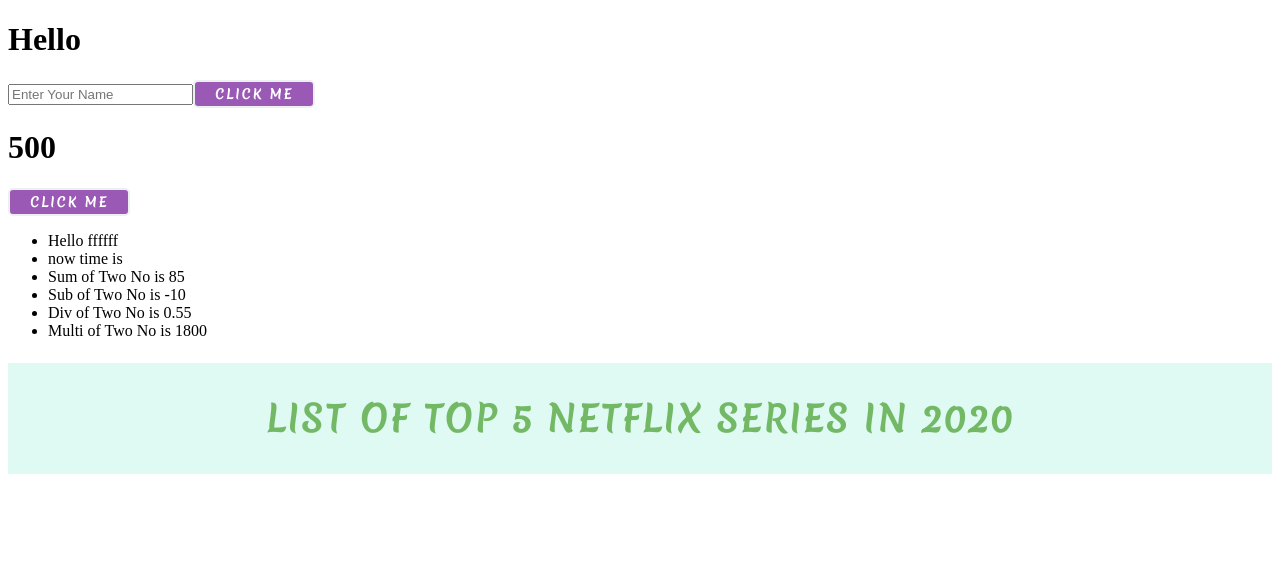
Repository: hardik2626/reactlearn2020
Page: /
These files come from the project's save history. The page is drawn as it stood at one moment and after the next save; the edit follows.
The browser window is 1280 px wide. The pictures show the part of the page from y = 0 to 580 px (the page is 1604 px tall before and 1640 px after).
Pictures or frames that could not be fetched are drawn as grey boxes. The project was rebuilt for these pictures with package versions that can differ from the ones it lists, and the page was loaded fresh each time.

Above is the page before, as saved 2020-10-10 10:13:59.

### public/index.html
<!DOCTYPE html>
<html lang="en">

<head>
    <meta charset="utf-8" />
    <link rel="icon" href="%PUBLIC_URL%/favicon.ico" />
    <meta name="viewport" content="width=device-width, initial-scale=1" />
    <meta name="theme-color" content="#000000" />
    <meta name="description" content="Web site created using create-react-app" />
    <link rel="apple-touch-icon" href="%PUBLIC_URL%/logo192.png" />
    <!--
      manifest.json provides metadata used when your web app is installed on a
      user's mobile device or desktop. See https://developers.google.com/web/fundamentals/web-app-manifest/
    -->
    <link rel="manifest" href="%PUBLIC_URL%/manifest.json" />
    <!--
      Notice the use of %PUBLIC_URL% in the tags above.
      It will be replaced with the URL of the `public` folder during the build.
      Only files inside the `public` folder can be referenced from the HTML.

      Unlike "/favicon.ico" or "favicon.ico", "%PUBLIC_URL%/favicon.ico" will
      work correctly both with client-side routing and a non-root public URL.
      Learn how to configure a non-root public URL by running `npm run build`.
    -->
    <link href="https://fonts.googleapis.com/css2?family=Merienda&display=swap" rel="stylesheet">
    <title>React App</title>
</head>

<body>
    <noscript>You need to enable JavaScript to run this app.</noscript>
    <div id="root"></div>
    <!--
      This HTML file is a template.
      If you open it directly in the browser, you will see an empty page.

      You can add webfonts, meta tags, or analytics to this file.
      The build step will place the bundled scripts into the <body> tag.

      To begin the development, run `npm start` or `yarn start`.
      To create a production bundle, use `npm run build` or `yarn build`.
    -->
</body>

</html>

### src/index.js
import React from 'react';
import ReactDOM from 'react-dom';
import App from './App';
import Cards from './Cards'
import './index.css';
import Sdata from './Sdata'

//console.log(Sdata[1].sname);

/*function nCard(val){
  //console.log(val);
  return(
    <Cards
     imgsrc={val.imgsrc}
     sname={val.sname}
     title={val.title}
     link={val.link}
     />
  )
}*/



ReactDOM.render(
  <>

  <App myname="ffffff" />


    <h1 className="heading_style">List of TOP 5 Netflix Series in 2020</h1>
    {/* {Sdata.map(nCard)}; */}

    {Sdata.map((val, index) => {
      console.log(index);
      return(
        <React.Fragment key={val.imgsrc}>
        <Cards  imgsrc={val.imgsrc} sname={val.sname} title={val.title} link={val.link} />
        </React.Fragment>
      )
      }
    )};


     { /* <Cards imgsrc={Sdata[1].imgsrc} sname={Sdata[1].sname} title={Sdata[1].title} link={Sdata[1].link} />
     <Cards imgsrc={Sdata[2].imgsrc} sname={Sdata[2].sname} title={Sdata[2].title} link={Sdata[2].link} /> */ }

  </>, document.getElementById('root')
);

### src/App.js
import React from 'react';
import add, { sub, mult, div } from './Calc';
import Myform from './Myform';
import Myhooks from './Myhooks';

function App(props){

  return(
    <>

   <Myform />
   <Myhooks />
  <ul>
  <li>Hello {props.myname}</li>
  <li>now time is {new Date().toLocaleDateString}</li>
    <li>Sum of Two No is {add(45,40)}</li>
    <li>Sub of Two No is {sub(30,40)}</li>
    <li>Div of Two No is {div(22,40)}</li>
    <li>Multi of Two No is {mult(45,40)}</li>
  </ul>
  </>
  )
}

export default App

### src/Cards.jsx
import React from 'react';

function Cards(props){
  //console.log(props)
  return(
    <>
    <div className="cards">
      <div className="card">
        <img src={props.imgsrc} alt="ALPIC" className="card__img" />
        <div className="card__info">
          <span className="card__category">{props.title}</span>
          <h3 className="card__title"> {props.sname} </h3>
          <a href={props.link } target="_blank">
            <button>Watch Now</button>
          </a>
        </div>
      </div>
    </div>
  </>
  )
}
export default Cards

### src/index.css
/* * {
    margin: 0;
    padding: 0;
    box-sizing: border-box;
}

.heading {
    color: blue;
    text-align: center;
    text-transform: capitalize;
    font-weight: bold;
    text-shadow: 0px 2ps 4px #ffe9c5;
    font-family: 'Merienda', cursive;
}

.heading2 {
    color: #c75757;
    text-align: center;
    text-transform: capitalize;
    font-weight: bold;
    font-family: 'Merienda', cursive;
}

.imgDIV {
    width: 200px;
    height: auto;
    margin-top: 20px;
    display: inline;
}

body {
    background-color: #b4f2e1;
    box-sizing: border-box;
    margin: 0;
    padding: 0;
    font-family: 'Gill Sans', 'Gill Sans MT', Calibri, 'Trebuchet MS', sans-serif;
}

div {
    width: 100%;
    height: 100vh;
    display: flex;
    justify-content: center;
    align-items: center;
    margin-top: -30px;
}

h1 {
    padding: 20px;
    background-color: #ffe9c5;
    color: #fa9191;
    border-radius: 20px;
    font-size: 60px;
}

span {
    color: #eb6383;
} */

.heading_style {
    padding: 30px 0;
    text-align: center;
    font-family: 'Merienda', cursive;
    text-transform: uppercase;
    font-size: 35px;
    letter-spacing: 2px;
    font-weight: bold;
    color: #3d9820ab;
    background-color: #b4f2e16b;
    margin-bottom: 30px;
}

.cards {
    width: 100%;
    height: auto;
}

.card {
    margin: 6%;
    background-color: #fff;
    width: 21.25%;
    border-radius: 12%;
    box-shadow: 0px 13px 10px -7px rgba(0, 0, 0, 0.1);
    float: left;
    transition: all 0.4s cubic-bezier(0.175, 0.885, 0, 1);
    -webkit-border-radius: 12%;
    -moz-border-radius: 12%;
    -ms-border-radius: 12%;
    -o-border-radius: 12%;
    -webkit-transition: all 0.4s cubic-bezier(0.175, 0.885, 0, 1);
    -moz-transition: all 0.4s cubic-bezier(0.175, 0.885, 0, 1);
    -ms-transition: all 0.4s cubic-bezier(0.175, 0.885, 0, 1);
    -o-transition: all 0.4s cubic-bezier(0.175, 0.885, 0, 1);
}

.card:hover {
    box-shadow: 0px 30px 18px -8px rgba(0, 0, 0, 0.1);
    transform: scale(1.05, 1.05);
    -webkit-transform: scale(1.05, 1.05);
    -moz-transform: scale(1.05, 1.05);
    -ms-transform: scale(1.05, 1.05);
    -o-transform: scale(1.05, 1.05);
}

.card__img {
    width: 100%;
    height: 235px;
    border-top-left-radius: 12px;
    border-top-right-radius: 12px;
}

.card__info {
    background-color: #fff;
    border-bottom-left-radius: 12px;
    border-bottom-right-radius: 12px;
    padding: 16px 24px 24px 24px;
}

.card__category {
    font-family: 'Franklin Gothic Medium', 'Arial Narrow', Arial, sans-serif;
    text-transform: uppercase;
    font-size: 13px;
    letter-spacing: 2px;
    font-weight: bold;
    color: #868686;
    background-color: #fff;
}

.card__title {
    margin-top: 5px;
    margin-bottom: 10px;
    font-family: 'Merienda', cursive;
    background-color: #fff;
    text-transform: capitalize;
}

button {
    padding: 8px 5px;
    font-family: 'Merienda', cursive;
    text-transform: uppercase;
    font-size: 13px;
    letter-spacing: 2px;
    font-weight: bold;
    color: #868686;
    background-color: #fff;
    outline: none;
    border: 1px solid #000;
    cursor: pointer;
}

button {
    line-height: 24px;
    padding: 0 20px;
    background-color: #9b59b6;
    color: #fff;
    border: 2px solid #ecf0f1;
    outline: none;
    border-radius: 5px;
    text-transform: uppercase;
    cursor: pointer;
    -webkit-border-radius: 5px;
    -moz-border-radius: 5px;
    -ms-border-radius: 5px;
    -o-border-radius: 5px;
}

### src/Sdata.jsx
const Sdata = [{
        imgsrc : "https://picsum.photos/500/300",
        sname : "DARK",
        title : " A Netflix Original Series",
        link : "https://www.google.com/"
    },
    {
        imgsrc : "https://picsum.photos/500/330",
        sname : "Extra Carricular",
        title : " A Netflix Original Series",
        link : "https://www.google.com/"
    },
    {
        imgsrc : "https://picsum.photos/500/340",
        sname : "MasterCard",
        title : " A Netflix Original Series",
        link : "https://www.google.com/"
    },
    {
        imgsrc : "https://picsum.photos/500/335",
        sname : "TrueLove",
        title : " A ZEE  Series",
        link : "https://www.google.com/"
    },
    {
        imgsrc : "https://picsum.photos/500/345",
        sname : "Khul JA Sim Sim",
        title : " A ZEE5  Series",
        link : "https://www.google.com/"
    },
    {
        imgsrc : "https://picsum.photos/500/339",
        sname : "Extra Carricular",
        title : " A Netflix Original Series",
        link : "https://www.google.com/"
    }

];
export default Sdata

### src/Calc.jsx
import React from 'react';

function add(a, b) {
    let sum = a + b;
    return sum;
}
export default add;

function sub(a, b) {
    let sub = a - b;
    return sub;
}


function mult(a, b) {
    let mult = a * b;
    return mult;
}


function div(a, b) {
    let div = a / b;
    return div;
}
export { sub, mult, div };

### src/Myform.js
import React, { useState } from 'react'

const Myform = () => {

        const [name, setName] = useState()
        const [fullName, setFullName] = useState()

        const subForm = (event) =>{
                setName(event.target.value)
                //console.log(event.target.value);
        }
        const onSubmit = () => {
                setFullName(name)
        }
        return(
                <>
                <div>
                        <h1>Hello {fullName}</h1>
                        <input type="text" placeholder="Enter Your Name" onChange={subForm} value={name} />
                        <button onClick={onSubmit}>Click Me</button>
                </div>
        </>
        )
}

export default Myform;

### src/Myhooks.js
import React, { useState } from 'react';
let count = 1;

const Myhooks = () => {

        const state = useState();
const [count, setCount] = useState(500);

const IncNum = () => {
        setCount(count + 5)
        //console.log("clicked" + count++)
};

        return(
                <>
                <h1>{count}</h1>
                <button onClick={IncNum}>Click Me</button>
                </>
        )
}
export default Myhooks

### src/Eventhand.js
import React, { Component } from 'react'

const Eventhand = () => {
        return(
                <>
                        <div>
                                <button>Click Me EventHandle</button>
                        </div>
                </>
        )
}
export default Eventhand;

After the next save:
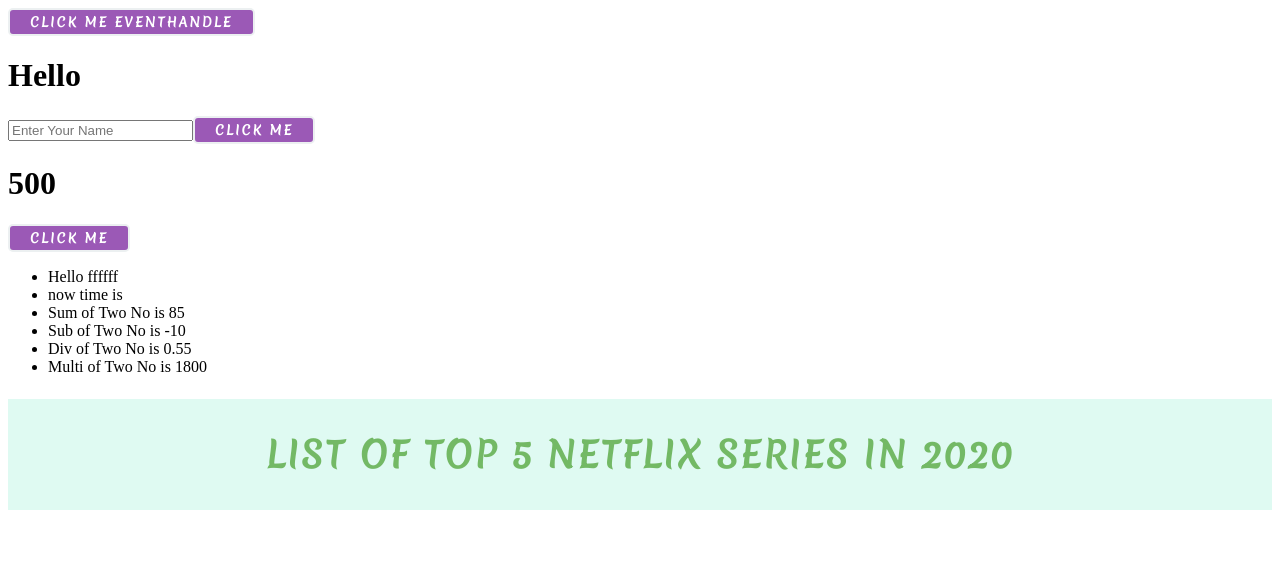
Saved 42 s later.
--- a/src/App.js
+++ b/src/App.js
@@ -1,5 +1,6 @@
 import React from 'react';
 import add, { sub, mult, div } from './Calc';
+import Eventhand from './Eventhand';
 import Myform from './Myform';
 import Myhooks from './Myhooks';
 
@@ -7,7 +8,7 @@ function App(props){
 
   return(
     <>
-
+    <Eventhand />
    <Myform />
    <Myhooks />
   <ul>
